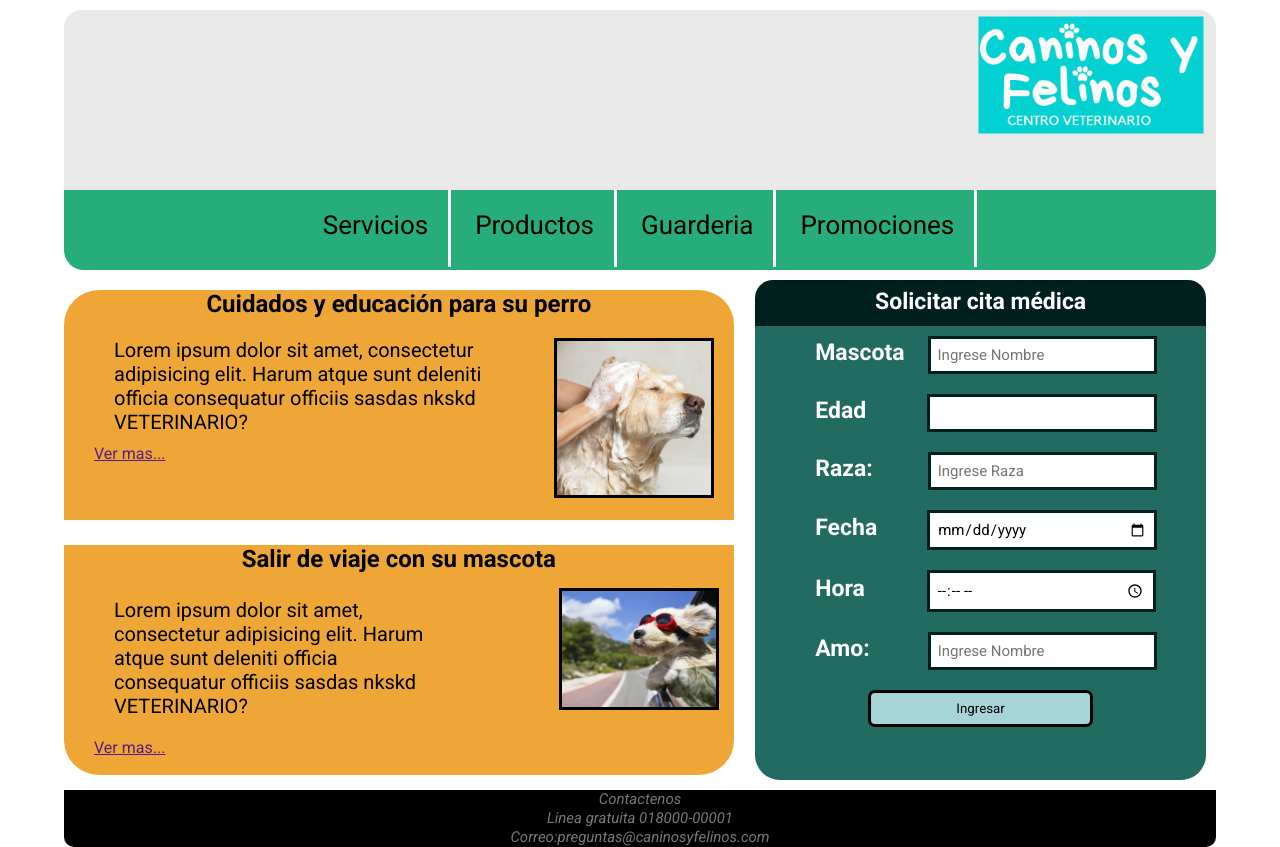
Repository: NickArregoces/Veterinaria
Page: Index.html
An editor plug-in stored every save of this project. The page is shown before and after the next save, followed by the edit.
The browser window is 1280 px wide. The pictures show the whole page.
The pointer rests on the first visible `div img`.

Above is the page before, as saved 2021-10-08 19:13:05.

### Index.html
<!DOCTYPE html>
<html lang="en">
<head>
    <meta charset="UTF-8">
    <meta http-equiv="X-UA-Compatible" content="IE=edge">
    <meta name="viewport" content="width=device-width, initial-scale=1.0">
    <title>Canicos y felinos</title>
    <link rel="stylesheet" href="/CSS/Style.css">
    <link href="https://fonts.googleapis.com/css2?family=Roboto:ital,wght@0,100;0,300;0,400;0,500;0,700;0,900;1,100;1,300;1,400;1,500;1,700;1,900&display=swap" rel="stylesheet">
    <link rel="preconnect" href="https://fonts.googleapis.com">
    <link rel="preconnect" href="https://fonts.gstatic.com" crossorigin>
    <link href="https://fonts.googleapis.com/css2?family=Abril+Fatface&display=swap" rel="stylesheet">

</head>
<body>
    <div id="head">
        <header>
            <div class="image">
                <img src="/Images/logo.png" alt="logo">

        </header>

        <div class="navegador">
            <ul class="menu">
                <li><a href="#">Servicios</a></li>
                <li><a href="#">Productos</a></li>
                <li><a href="#">Guarderia</a></li>
                <li><a href="#">Promociones</a></li>
            </ul>
        </div>

    </div>
        <div id="Contenido">
            <div class="section">

                <form action="" class="cita">
                    <h3 style="color: rgb(255, 255, 255);">Solicitar cita médica</h3>
                        <div class="Mascota">
                            <h4>Mascota<input type="text" placeholder="Ingrese Nombre" required></h4>
                        </div>

                        <div class="Edad">
                            <h4>Edad<input type="number" required></h4>
                        </div>

                        <div class="Raza">
                            <h4>Raza:<input type="text" placeholder="Ingrese Raza" required></h4>
                        </div>
                        <div class="Fecha">
                            <h4>Fecha<input type="date" placeholder="" required></h4>
                        </div>

                        <div class="Hora">
                            <h4>Hora<input type="time" required></h4>
                        </div>

                        <div class="Amo">
                            <h4>Amo:<input type="text" placeholder="Ingrese Nombre" required></h4>
                        </div>

                    <div class="button">
                        <button class="sumbit"> Ingresar </button>
                    </div>

                </form>
            </div>

            <div id="Cuadros">
                <aside>
                    <div class="Cuidados">
                        <h2 style="color: rgb(0, 0, 0);">Cuidados y educación para su perro</h2>

                        <div id="Prueba">
                            <img id="Prubea" src="/Images/credit.png" alt="">


                            <p>Lorem ipsum dolor sit amet, consectetur adipisicing elit.
                                Harum atque sunt deleniti officia consequatur officiis
                                sasdas nkskd VETERINARIO?</p>

                            <div class="vinculo"><a href="">Ver mas...</a></div>
                        </div>

                    </div>

                    <div class="Viajes">
                        <h2 style="color: rgb(0, 0, 0);">Salir de viaje con su mascota</h2>

                        <div id="Prueba">
                            <img id="Prubea" src="/Images/Wallpaper(80).jpg" alt="">

                            <p>Lorem ipsum dolor sit amet, consectetur adipisicing elit.
                            Harum atque sunt deleniti officia consequatur officiis
                            sasdas nkskd VETERINARIO?</p>

                            <div class="vinculo1"><a href="">Ver mas...</a></div>
                        </div>
                    </div>
                </aside>
            </div>

            <div>
                <footer>
                        <p>Contactenos</p>
                        <p>Linea gratuita 018000-00001</p>
                        <p>Correo:preguntas@caninosyfelinos.com</p>
                </footer>
            </div>
        </div>

</body>
</html>

### CSS/Style.css

*{
    margin: 0 auto;
    padding: 0px;
    list-style:none;
    font-family: 'Roboto', sans-serif;
}
body{
    font-family: Arial, Helvetica, sans-serif;
    background: rgb(255, 255, 255);
    width: 90%;
    color: rgb(0, 0, 0);
}
header{
    width: 100%;
    margin-top: 10px;
    background:rgb(233, 233, 233);
    border-top-left-radius:  18px;
    border-top-right-radius:  18px;
    height: 180px;
}
    img{
        float: right;
        width: 250px;
    }
    .title{
        float: right;
        width: 60%;
        margin-top: 20px;
    }
    header h1{
        font-family: 'Abril Fatface', cursive;
        font-size: 85px;
        text-align: center;
        line-height: 60px;
        display: block;
        color: black;
    }
    header h3{
        font-size: 20px;
        text-align: center;
    }
div.navegador{
    text-align: center;
}
    ul.menu{
        border-bottom-left-radius: 20px 20px;
        border-bottom-right-radius: 20px 20px;
        background: rgb(38, 173, 122);
        height: 80px;
        list-style: none;
        padding: 0;
        max-width: 10000px;
    }
    .menu li a{
        height: 37px;
        font-size: 26px;
        margin-right: 1px;
        text-decoration: none;
        color:black;
        padding: 20px;
        display: table-cell;
    }
    .menu li {
        border-right: solid white;
        display: inline-block;
        }
    .menu li a:hover{
        background: #242323b6;
        color: white;
        }

.section{
    width: 40%;
    float: right;
}
     form{
        background: rgb(33, 107, 97);
        border-radius: 25px;
        margin-top: 10px;
        margin-right:10px;
        margin-bottom: 10px;
        height: 500px;
    }
        form h3{
            font-size: 23px;
            text-align: center;
            background: rgb(0, 32, 29);
            height: 30px;
            padding: 8px;
            border-top-left-radius: 18px;
            border-top-right-radius: 18px;
        }
        form h4{
            font-size: 23px;
            padding: 10px;
            margin-left: 50px;
            color: rgb(255, 255, 255);

        }
        form input{
            font-size: 15px;
            width: 55%;
            padding: 7px;
            display: inline;
            border: solid rgb(0, 32, 29);
            margin-left: 10px;
        }
        div.Mascota input {
            margin-left: 23px;
        }
        div.Edad input {
            margin-left: 61px;
        }
        div.Raza input {
            margin-left: 55px;
        }
        div.Fecha input {
            margin-left: 50px;
        }
        div.Hora input {
            margin-left: 62px;
        }
        div.Amo input {
            margin-left: 58px;
        }
        div.button{
            margin-top: 10px;
            margin: auto;
            text-align: center;
            width: 50%;
            cursor: pointer;
        }
        button{
            margin-top: 10px;
            width: 100%;
            padding: 8px;
            background:#A5D5D8;
            border-radius: 7px;
            border: solid black;
            cursor: pointer;

        }
        button:hover{
            background: #000000b6;
            color: rgb(255, 255, 255);
        }
aside{
    width: 59%;
    height: 500px;
    margin-top: 10px;
    float: left;
    margin-bottom: 10px;
}
    div.Cuidados{
        height: 230px;
        border-top-left-radius: 35px;
        border-top-right-radius: 35px;
        margin-top: 10px;
        margin-right: 10px;
        background:#EEA737;
        overflow:hidden;
    }
    /*Centrado Imagenes aside*/
    #Prueba{
        float: right;
    }
        div.Cuidados h2{
            text-align: center;
        }
        div.Cuidados img {
            margin: 20px;
            width: 23%;
            border: solid black;
        }
        /*Efecto Imagenes aside*/
        div img:hover{
            -webkit-transform:scale(0.9);
            transform:scale(0.9);
        }
        div.Cuidados p{
            font-size: 20px;
            margin-top: 20px;
            margin-left: 50px;
            width: 60%;
            display: inline-block;
        }
        div.Cuidados a{
            position: absolute;
            margin-left: 30px;
            margin-top: 10px;
        }

    div.Viajes {
        height: 230px;
        border-bottom-right-radius: 35px;
        border-bottom-left-radius: 35px;
        margin-top: 25px;
        margin-right: 10px;
        background: #EEA737;
        overflow: hidden;
    }
        div.Viajes h2{
            text-align: center;
        }
        div.Viajes img {
            width: 23%;
            margin: 15px;
            border: solid black;
        }
        div.Viajes p{
            font-size: 20px;
            margin-top: 25px;
            margin-left: 50px;
            width: 50%;
            display: inline-block;
        }
        div.vinculo1 a{
            position: absolute;
            margin-left: 30px;
            margin-top: 20px;
        }

footer{
    background: black;
    clear: both;
    border-bottom-left-radius: 10px;
    border-bottom-right-radius: 10px;
}
    footer p{
        font-size: 15px;
        text-align: center;
        line-height: 15px;
        color: rgb(121, 119, 119);
        font-style:italic;
        padding: 2px;
    }

After the next save:
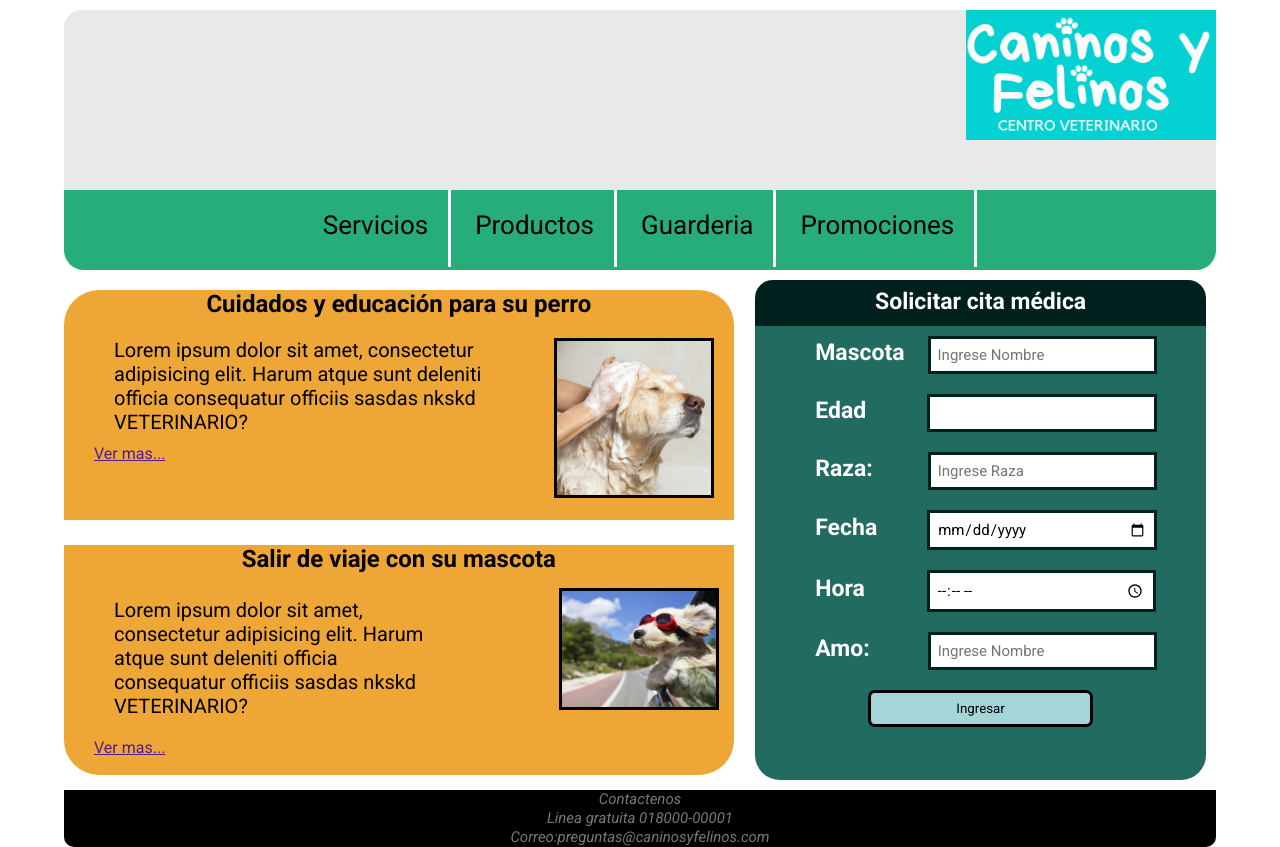
Saved 39 s later.
--- a/CSS/Style.css
+++ b/CSS/Style.css
@@ -174,7 +174,7 @@ aside{
             border: solid black;
         }
         /*Efecto Imagenes aside*/
-        div img:hover{
+        div. img:hover{
             -webkit-transform:scale(0.9);
             transform:scale(0.9);
         }
